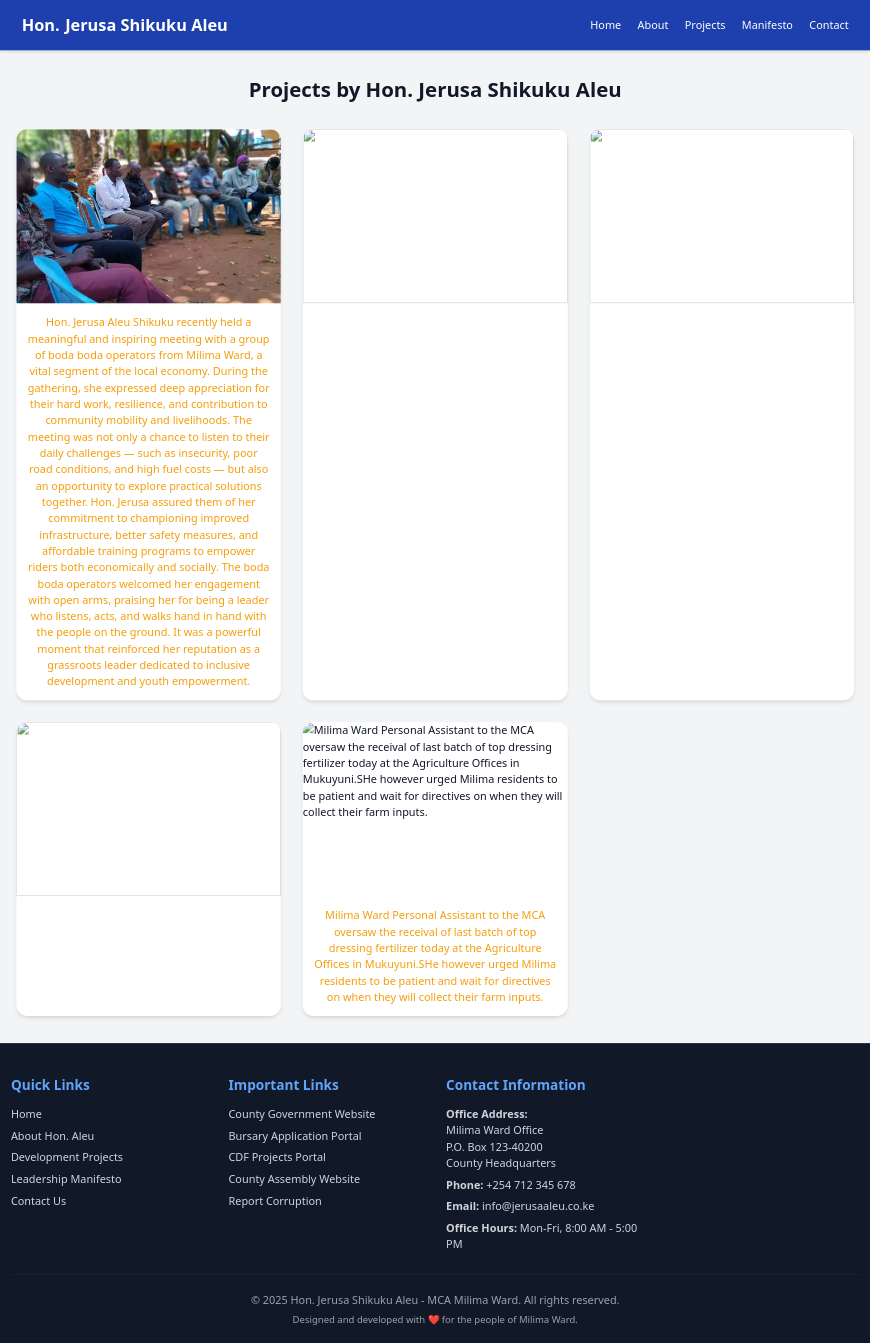
Repository: Engineer-collo/Hon_Jerusa_Shikuku_Aleu
Page: /projects
An editor plug-in stored every save of this project. The page is shown before and after the next save, followed by the edit.
The browser window is 1280 px wide. The pictures show the whole page, at 68% of full size.
The project was rebuilt for these pictures with package versions that can differ from the ones it lists, and the page was loaded fresh each time. Also part of the build but not shown: vite.config.js, src/Hero.jsx, src/Home.jsx, src/About.jsx, src/Manifesto.jsx, src/Contact.jsx.

Above is the page before, as saved 2025-07-18 17:21:08.

### index.html
<!DOCTYPE html>
<html lang="en">
<head>
  <meta charset="UTF-8">
  <meta name="viewport" content="width=device-width, initial-scale=1.0">
  <title>React Vite Starter</title>
</head>
<body class="bg-gray-100">
  <div id="root"></div>
  <script type="module" src="/src/main.jsx"></script>
</body>
</html>

### src/main.jsx
import React from 'react'
import ReactDOM from 'react-dom/client'
import './index.css'
import App from './App'

ReactDOM.createRoot(document.getElementById('root')).render(
  <React.StrictMode>
    <App />
  </React.StrictMode>,
)

### src/App.jsx
import React from 'react';
import { BrowserRouter as Router, Routes, Route } from 'react-router-dom';
import Footer from './Footer';
import Navbar from './Navbar';
import Homepage from './Home';
import About from './About';
import Projects from './Projects';
import Manifesto from './Manifesto';
import Contact from './Contact';

function App() {
  return (
    <Router>
      <div className="min-h-screen w-full overflow-x-hidden bg-gray-50 flex flex-col">
        <Navbar />
        <div className="flex-1 flex flex-col">
          <Routes>
            <Route path="/" element={<Homepage />} />
            <Route path="/about" element={<About />} />
            <Route path="/projects" element={<Projects />} />
            <Route path="/manifesto" element={<Manifesto />} />
            <Route path="/contact" element={<Contact />} />
          </Routes>
        </div>
        <Footer />
      </div>
    </Router>
  );
}

export default App;

### src/Footer.jsx
import React from 'react';
import { Link } from 'react-router-dom';

const Footer = () => {
  return (
    <footer className="bg-gray-900 text-white pt-12 pb-6 w-full">
      <div className="w-full px-4">
        <div className="grid grid-cols-1 md:grid-cols-2 lg:grid-cols-4 gap-8 w-full">


          {/* Quick Links */}
          <div>
            <h3 className="text-xl font-bold mb-4 text-blue-400">Quick Links</h3>
            <ul className="space-y-2">
              <li>
                <Link to="/" className="text-gray-300 hover:text-white transition-colors duration-300">
                  Home
                </Link>
              </li>
              <li>
                <Link to="/about" className="text-gray-300 hover:text-white transition-colors duration-300">
                  About Hon. Aleu
                </Link>
              </li>
              <li>
                <Link to="/projects" className="text-gray-300 hover:text-white transition-colors duration-300">
                  Development Projects
                </Link>
              </li>
              <li>
                <Link to="/manifesto" className="text-gray-300 hover:text-white transition-colors duration-300">
                  Leadership Manifesto
                </Link>
              </li>
              <li>
                <Link to="/contact" className="text-gray-300 hover:text-white transition-colors duration-300">
                  Contact Us
                </Link>
              </li>
            </ul>
          </div>

          {/* Important Links */}
          <div>
            <h3 className="text-xl font-bold mb-4 text-blue-400">Important Links</h3>
            <ul className="space-y-2">
              <li>
                <a href="#" className="text-gray-300 hover:text-white transition-colors duration-300">
                  County Government Website
                </a>
              </li>
              <li>
                <a href="#" className="text-gray-300 hover:text-white transition-colors duration-300">
                  Bursary Application Portal
                </a>
              </li>
              <li>
                <a href="#" className="text-gray-300 hover:text-white transition-colors duration-300">
                  CDF Projects Portal
                </a>
              </li>
              <li>
                <a href="#" className="text-gray-300 hover:text-white transition-colors duration-300">
                  County Assembly Website
                </a>
              </li>
              <li>
                <a href="#" className="text-gray-300 hover:text-white transition-colors duration-300">
                  Report Corruption
                </a>
              </li>
            </ul>
          </div>

          {/* Contact Info */}
          <div>
            <h3 className="text-xl font-bold mb-4 text-blue-400">Contact Information</h3>
            <address className="not-italic text-gray-300">
              <div className="mb-2">
                <strong>Office Address:</strong><br />
                Milima Ward Office<br />
                P.O. Box 123-40200<br />
                County Headquarters
              </div>
              <div className="mb-2">
                <strong>Phone:</strong> +254 712 345 678
              </div>
              <div className="mb-2">
                <strong>Email:</strong> info@jerusaaleu.co.ke
              </div>
              <div>
                <strong>Office Hours:</strong> Mon-Fri, 8:00 AM - 5:00 PM
              </div>
            </address>
          </div>
        </div>

        {/* Copyright */}
        <div className="border-t border-gray-800 mt-8 pt-6 text-center text-gray-400">
          <p>
            &copy; {new Date().getFullYear()} Hon. Jerusa Shikuku Aleu - MCA Milima Ward. All rights reserved.
          </p>
          <p className="mt-2 text-sm">
            Designed and developed with ❤️ for the people of Milima Ward.
          </p>
        </div>
      </div>
    </footer>
  );
};

export default Footer;

### src/Navbar.jsx
import React from 'react';
import { Link } from 'react-router-dom';

const Navbar = () => {
  return (
    <nav style={{
      backgroundColor: '#1e40af',
      color: 'white',
      padding: '1rem 2rem',
      display: 'flex',
      justifyContent: 'space-between',
      alignItems: 'center',
      boxShadow: '0 2px 4px rgba(0,0,0,0.1)',
      position: 'sticky',
      top: '0',
      zIndex: '100'
    }}>
      {/* Logo/Brand */}
      <div style={{
        display: 'flex',
        alignItems: 'center'
      }}>
        <Link to="/" style={{
          fontSize: '1.5rem',
          fontWeight: 'bold',
          color: 'white',
          textDecoration: 'none',
          display: 'flex',
          alignItems: 'center'
        }}>
          <span style={{ marginRight: '0.5rem' }}>Hon.</span>
          <span>Jerusa Shikuku Aleu</span>
        </Link>
      </div>

      {/* Mobile Menu Button (hidden on desktop) */}
      <button style={{
        display: 'none',
        backgroundColor: 'transparent',
        border: 'none',
        color: 'white',
        fontSize: '1.5rem',
        cursor: 'pointer'
      }}>
        ☰
      </button>

      {/* Navigation Links */}
      <div style={{
        display: 'flex',
        gap: '1.5rem'
      }}>
        <Link to="/" style={{
          color: 'white',
          textDecoration: 'none',
          fontWeight: '500',
          padding: '0.5rem 0',
          borderBottom: '2px solid transparent',
          transition: 'border-color 0.3s ease',
          ':hover': {
            borderBottom: '2px solid white'
          }
        }}>
          Home
        </Link>
        <Link to="/about" style={{
          color: 'white',
          textDecoration: 'none',
          fontWeight: '500',
          padding: '0.5rem 0',
          borderBottom: '2px solid transparent',
          transition: 'border-color 0.3s ease',
          ':hover': {
            borderBottom: '2px solid white'
          }
        }}>
          About
        </Link>
        <Link to="/projects" style={{
          color: 'white',
          textDecoration: 'none',
          fontWeight: '500',
          padding: '0.5rem 0',
          borderBottom: '2px solid transparent',
          transition: 'border-color 0.3s ease',
          ':hover': {
            borderBottom: '2px solid white'
          }
        }}>
          Projects
        </Link>
        <Link to="/manifesto" style={{
          color: 'white',
          textDecoration: 'none',
          fontWeight: '500',
          padding: '0.5rem 0',
          borderBottom: '2px solid transparent',
          transition: 'border-color 0.3s ease',
          ':hover': {
            borderBottom: '2px solid white'
          }
        }}>
          Manifesto
        </Link>
        <Link to="/contact" style={{
          color: 'white',
          textDecoration: 'none',
          fontWeight: '500',
          padding: '0.5rem 0',
          borderBottom: '2px solid transparent',
          transition: 'border-color 0.3s ease',
          ':hover': {
            borderBottom: '2px solid white'
          }
        }}>
          Contact
        </Link>
      </div>
    </nav>
  );
};

export default Navbar;

### src/Projects.jsx
import React from 'react';

const images = [
  {
    src: '/bodaboda.jpeg',
    description: 'Hon. Jerusa Aleu Shikuku recently held a meaningful and inspiring meeting with a group of boda boda operators from Milima Ward, a vital segment of the local economy. During the gathering, she expressed deep appreciation for their hard work, resilience, and contribution to community mobility and livelihoods. The meeting was not only a chance to listen to their daily challenges — such as insecurity, poor road conditions, and high fuel costs — but also an opportunity to explore practical solutions together. Hon. Jerusa assured them of her commitment to championing improved infrastructure, better safety measures, and affordable training programs to empower riders both economically and socially. The boda boda operators welcomed her engagement with open arms, praising her for being a leader who listens, acts, and walks hand in hand with the people on the ground. It was a powerful moment that reinforced her reputation as a grassroots leader dedicated to inclusive development and youth empowerment.',
  },
  {
    src: '',
    description: '',
  },
  {
    src: '',
    description: '',
  },
  {
    src: '',
    description: '',
  },
  {
    src: '',
    description: 'Milima Ward Personal Assistant to the MCA oversaw the receival of last batch of top dressing fertilizer today at the Agriculture Offices in Mukuyuni.SHe however urged Milima residents to be patient and wait for directives on when they will collect their farm inputs.',
  },
];

const ProjectImages = () => {
  return (
    <div className="min-h-screen px-6 py-10 bg-gray-100 dark:bg-gray-900 text-gray-900 dark:text-white">
      <h1 className="text-3xl font-bold text-center mb-10">Projects by Hon. Jerusa Shikuku Aleu </h1>
      <div className="grid grid-cols-1 sm:grid-cols-2 lg:grid-cols-3 gap-8">
        {images.map((img, index) => (
          <div
            key={index}
            className="bg-white dark:bg-gray-800 rounded-2xl shadow-md overflow-hidden"
          >
            <img
              src={img.src}
              alt={img.description}
              className="w-full h-64 object-cover"
            />
            <div className="p-4">
              <p className="text-center text-amber-500 font-medium">
                {img.description}
              </p>
            </div>
          </div>
        ))}
      </div>
    </div>
  );
};

export default ProjectImages;
















// import React from 'react';
// import { Helmet } from 'react-helmet';
// import { FaSchool, FaClinicMedical, FaRoad, FaTractor, FaFutbol, FaHandsHelping } from 'react-icons/fa';

// const Project = () => {
//   const projects = {
//     education: [
//       {
//         title: "Nabingenge Institute Classrooms",
//         description: "Constructed 4 new classrooms and renovated 2 existing ones at Nabingenge Institute, increasing student capacity by 40%",
//         location: "Nabingenge Village",
//         year: "2022",
//         status: "Completed"
//       },
//       {
//         title: "Milima Primary School Library",
//         description: "Established a modern library with 1,500 textbooks and reading materials for students",
//         location: "Milima Township",
//         year: "2021",
//         status: "Completed"
//       },
//       {
//         title: "ECD Centers Construction",
//         description: "Built 3 new Early Childhood Development centers across the ward with proper sanitation facilities",
//         location: "Kiburu, Cheptais, Nalondo",
//         year: "2023",
//         status: "Ongoing"
//       }
//     ],
//     healthcare: [
//       {
//         title: "Milima Dispensary Upgrade",
//         description: "Upgraded to a health center with maternity wing and laboratory services",
//         location: "Milima Township",
//         year: "2021",
//         status: "Completed"
//       },
//       {
//         title: "Mobile Clinic Program",
//         description: "Monthly mobile clinic serving remote areas with doctor consultations and free medicines",
//         location: "Various locations",
//         year: "2022-Present",
//         status: "Ongoing"
//       }
//     ],
//     infrastructure: [
//       {
//         title: "Mfupi to Mukuyuni Road",
//         description: "Graded and improved 8km road connecting 3 villages to the main highway",
//         location: "Mfupi to Mukuyuni",
//         year: "2024",
//         status: "Completed"
//       },
//       {
//         title: "Community Boreholes",
//         description: "Drilled 5 boreholes providing clean water to over 2,000 households",
//         location: "Cheptais, Nalondo, Kiburu",
//         year: "2023-2025",
//         status: "Completed"
//       },
//       {
//         title: "Market Shades Construction",
//         description: "Built 3 market shades with proper drainage and lighting for traders",
//         location: "Milima, Kiburu, Cheptais",
//         year: "2023",
//         status: "Ongoing"
//       }
//     ],
//     agriculture: [
//       {
//         title: "Dairy Cooperative Support",
//         description: "Established cooperative with 2 milk cooling plants serving 150 farmers",
//         location: "Milima Ward",
//         year: "2024",
//         status: "Completed"
//       },
//       {
//         title: "Seed & Fertilizer Subsidy",
//         description: "Provided subsidized farm inputs to 500 small-scale farmers annually",
//         location: "Ward-wide",
//         year: "2024-Present",
//         status: "Ongoing"
//       }
//     ],
//     sports: [
//       {
//         title: "Youth Talent Academy",
//         description: "Established football and volleyball academy with coaching and equipment",
//         location: "Milima Sports Ground",
//         year: "2022",
//         status: "Ongoing"
//       },
//       {
//         title: "Community Sports Kits",
//         description: "Distributed sports equipment to 10 youth groups across the ward",
//         location: "Various locations",
//         year: "2023",
//         status: "Completed"
//       }
//     ],
//     social: [
//       {
//         title: "Women Empowerment Fund",
//         description: "Disbursed Ksh 2.5 million in grants to 50 women groups for small businesses",
//         location: "Ward-wide",
//         year: "2021-2023",
//         status: "Ongoing"
//       },
//       {
//         title: "Elderly Support Program",
//         description: "Monthly food packages and medical support for 100 elderly citizens",
//         location: "Ward-wide",
//         year: "2022-Present",
//         status: "Ongoing"
//       }
//     ]
//   };

//   const ProjectCard = ({ project }) => (
//     <div className="bg-white rounded-lg shadow-md overflow-hidden border border-gray-200 hover:shadow-lg transition-shadow duration-300">
//       <div className="p-6">
//         <div className="flex justify-between items-start mb-3">
//           <h3 className="text-lg font-semibold text-gray-800">{project.title}</h3>
//           <span className={`text-xs px-2 py-1 rounded-full ${
//             project.status === 'Completed' ? 'bg-green-100 text-green-800' : 'bg-blue-100 text-blue-800'
//           }`}>
//             {project.status}
//           </span>
//         </div>
//         <p className="text-gray-600 mb-4">{project.description}</p>
//         <div className="flex items-center text-sm text-gray-500 mb-1">
//           <svg className="w-4 h-4 mr-1" fill="none" stroke="currentColor" viewBox="0 0 24 24">
//             <path strokeLinecap="round" strokeLinejoin="round" strokeWidth={2} d="M17.657 16.657L13.414 20.9a1.998 1.998 0 01-2.827 0l-4.244-4.243a8 8 0 1111.314 0z" />
//             <path strokeLinecap="round" strokeLinejoin="round" strokeWidth={2} d="M15 11a3 3 0 11-6 0 3 3 0 016 0z" />
//           </svg>
//           {project.location}
//         </div>
//         <div className="text-sm text-gray-500">
//           <svg className="w-4 h-4 mr-1 inline" fill="none" stroke="currentColor" viewBox="0 0 24 24">
//             <path strokeLinecap="round" strokeLinejoin="round" strokeWidth={2} d="M8 7V3m8 4V3m-9 8h10M5 21h14a2 2 0 002-2V7a2 2 0 00-2-2H5a2 2 0 00-2 2v12a2 2 0 002 2z" />
//           </svg>
//           {project.year}
//         </div>
//       </div>
//     </div>
//   );

//   const SectionHeader = ({ icon, title }) => (
//     <div className="flex items-center mb-6">
//       <div className="mr-4 p-3 rounded-full bg-gray-100 text-gray-700">
//         {icon}
//       </div>
//       <h2 className="text-2xl font-bold text-gray-800">{title}</h2>
//     </div>
//   );

//   return (
//     <div className="min-h-screen bg-gray-50 py-12 px-4 sm:px-6 lg:px-8">
//       <div className="max-w-6xl mx-auto">
//         {/* Page Header */}
//         <div className="text-center mb-16">
//           <h1 className="text-3xl sm:text-4xl font-bold text-gray-900 mb-4">
//             Development Projects
//           </h1>
//           <Helmet>
//             <title>Development Projects | Milima Ward</title>
//             <meta name="description" content="Explore development, education, healthcare, infrastructure, agriculture, sports, and social support projects in Milima Ward." />
//             <meta name="keywords" content="Milima Ward, Projects, Development, Education, Healthcare, Infrastructure, Agriculture, Sports, Social Support, Bungoma County" />
//             <meta name="author" content="Hon. Jerusa Shikuku Aleu" />
//             <meta property="og:title" content="Development Projects | Milima Ward" />
//             <meta property="og:description" content="Comprehensive list of completed and ongoing projects in Milima Ward by Hon. Jerusa Shikuku Aleu." />
//             <meta property="og:type" content="website" />
//           </Helmet>
//           <div className="w-24 h-1 bg-gray-300 mx-auto mb-6"></div>
//           <p className="text-lg text-gray-600 max-w-3xl mx-auto">
//             Hon. Jerusa Shikuku Aleu's tangible contributions to Milima Ward through completed and ongoing development projects
//           </p>
//         </div>

//         {/* Education Projects */}
//         <div className="mb-16">
//           <SectionHeader icon={<FaSchool className="text-xl" />} title="Education Projects" />
//           <div className="grid grid-cols-1 md:grid-cols-2 lg:grid-cols-3 gap-6">
//             {projects.education.map((project, index) => (
//               <ProjectCard key={`edu-${index}`} project={project} />
//             ))}
//           </div>
//         </div>

//         {/* Healthcare Projects */}
//         <div className="mb-16">
//           <SectionHeader icon={<FaClinicMedical className="text-xl" />} title="Healthcare Projects" />
//           <div className="grid grid-cols-1 md:grid-cols-2 lg:grid-cols-3 gap-6">
//             {projects.healthcare.map((project, index) => (
//               <ProjectCard key={`health-${index}`} project={project} />
//             ))}
//           </div>
//         </div>

//         {/* Infrastructure Projects */}
//         <div className="mb-16">
//           <SectionHeader icon={<FaRoad className="text-xl" />} title="Infrastructure Projects" />
//           <div className="grid grid-cols-1 md:grid-cols-2 lg:grid-cols-3 gap-6">
//             {projects.infrastructure.map((project, index) => (
//               <ProjectCard key={`infra-${index}`} project={project} />
//             ))}
//           </div>
//         </div>

//         {/* Agriculture Projects */}
//         <div className="mb-16">
//           <SectionHeader icon={<FaTractor className="text-xl" />} title="Agriculture Projects" />
//           <div className="grid grid-cols-1 md:grid-cols-2 lg:grid-cols-3 gap-6">
//             {projects.agriculture.map((project, index) => (
//               <ProjectCard key={`agri-${index}`} project={project} />
//             ))}
//           </div>
//         </div>

//         {/* Sports Projects */}
//         <div className="mb-16">
//           <SectionHeader icon={<FaFutbol className="text-xl" />} title="Sports & Talent Development" />
//           <div className="grid grid-cols-1 md:grid-cols-2 lg:grid-cols-3 gap-6">
//             {projects.sports.map((project, index) => (
//               <ProjectCard key={`sports-${index}`} project={project} />
//             ))}
//           </div>
//         </div>

//         {/* Social Projects */}
//         <div className="mb-16">
//           <SectionHeader icon={<FaHandsHelping className="text-xl" />} title="Social Support Programs" />
//           <div className="grid grid-cols-1 md:grid-cols-2 lg:grid-cols-3 gap-6">
//             {projects.social.map((project, index) => (
//               <ProjectCard key={`social-${index}`} project={project} />
//             ))}
//           </div>
//         </div>

//         {/* Project Summary */}
//         <div className="bg-white p-8 rounded-lg shadow-sm border border-gray-200">
//           <h2 className="text-xl font-semibold mb-4 text-gray-800">Project Impact Summary</h2>
//           <div className="grid grid-cols-2 md:grid-cols-4 gap-4 text-center">
//             <div className="p-4 border border-gray-200 rounded-lg">
//               <div className="text-2xl font-bold text-blue-600">15+</div>
//               <div className="text-sm text-gray-600">Education Projects</div>
//             </div>
//             <div className="p-4 border border-gray-200 rounded-lg">
//               <div className="text-2xl font-bold text-blue-600">5,000+</div>
//               <div className="text-sm text-gray-600">Beneficiaries</div>
//             </div>
//             <div className="p-4 border border-gray-200 rounded-lg">
//               <div className="text-2xl font-bold text-blue-600">8</div>
//               <div className="text-sm text-gray-600">Villages Reached</div>
//             </div>
//             <div className="p-4 border border-gray-200 rounded-lg">
//               <div className="text-2xl font-bold text-blue-600">Ksh 25M+</div>
//               <div className="text-sm text-gray-600">Invested</div>
//             </div>
//           </div>
//         </div>
//       </div>
//     </div>
//   );
// };

// export default Project;

Loaded but not shown: src/index.css (common file); tailwind.config.js (common file)

After the next save:
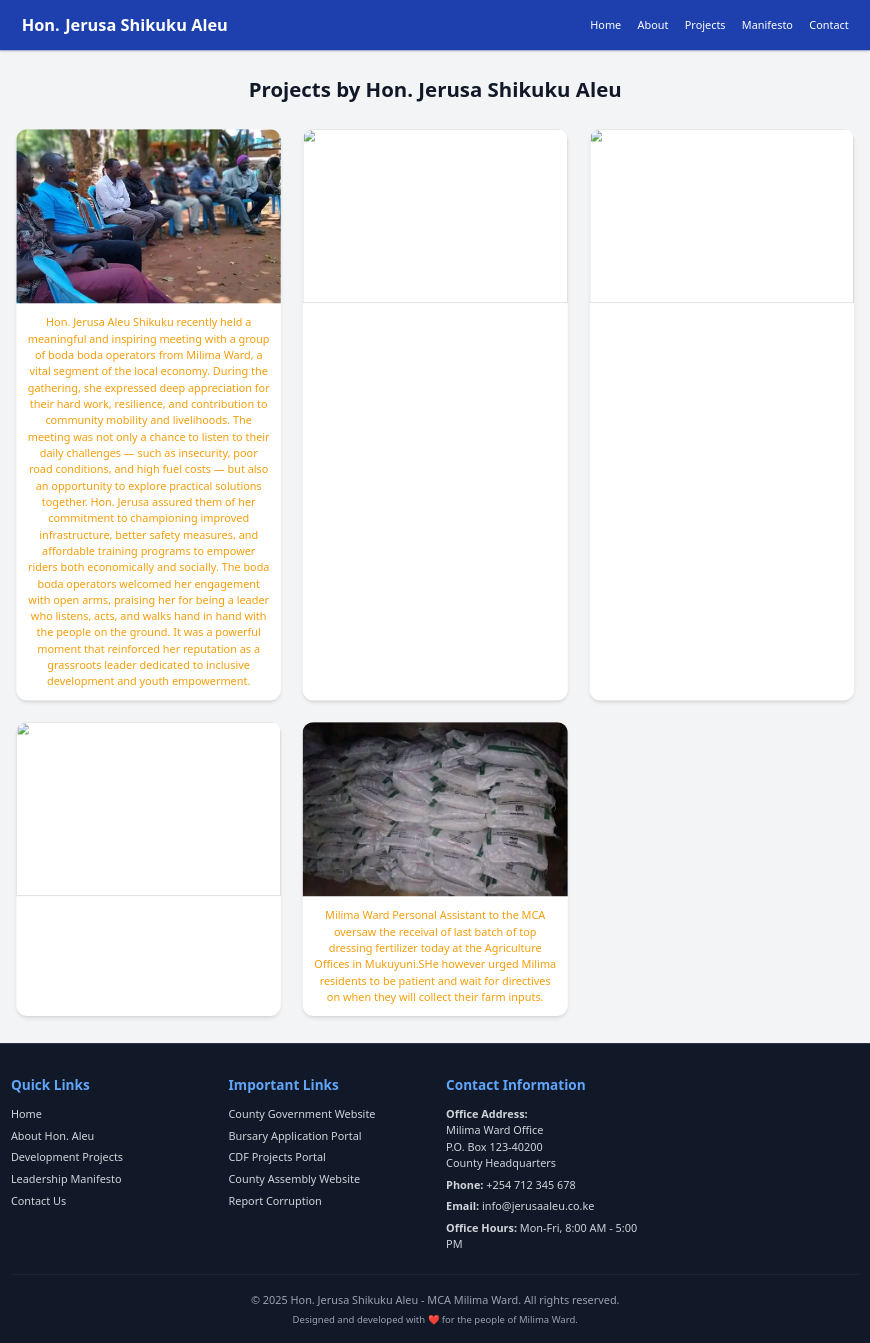
Saved 17 s later.
--- a/src/Projects.jsx
+++ b/src/Projects.jsx
@@ -18,7 +18,7 @@ const images = [
     description: '',
   },
   {
-    src: '',
+    src: 'public/Fertilizers.jpeg',
     description: 'Milima Ward Personal Assistant to the MCA oversaw the receival of last batch of top dressing fertilizer today at the Agriculture Offices in Mukuyuni.SHe however urged Milima residents to be patient and wait for directives on when they will collect their farm inputs.',
   },
 ];
